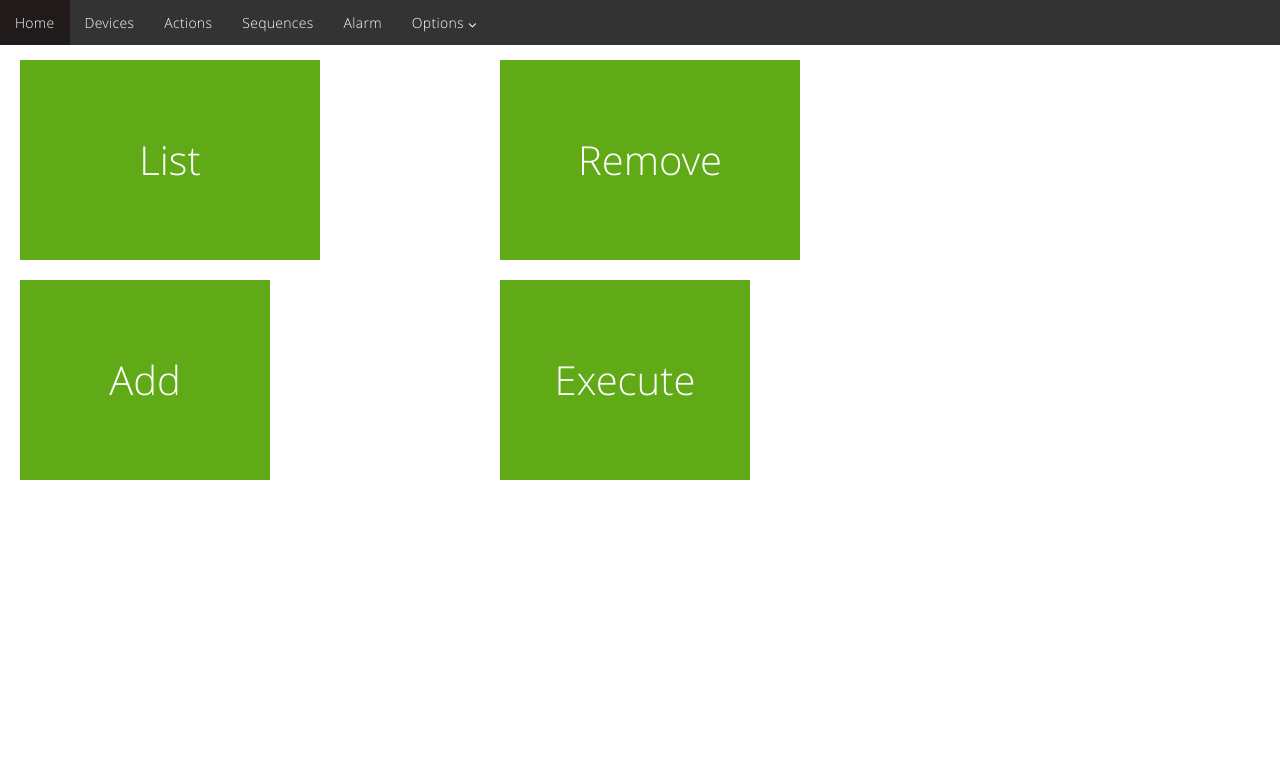
Repository: Pietvergiet/RPiProject
Page: http://localhost/RPi/Action
The author's editor kept a copy of each file at every save. The page is drawn from the files as they stood at one save, then again after the next save.
The browser window is 1280 px wide. The pictures show the whole page.
The page is served by Tomcat 9.

Above is the page before, as saved 2014-10-27 13:25:59.

After the next save:
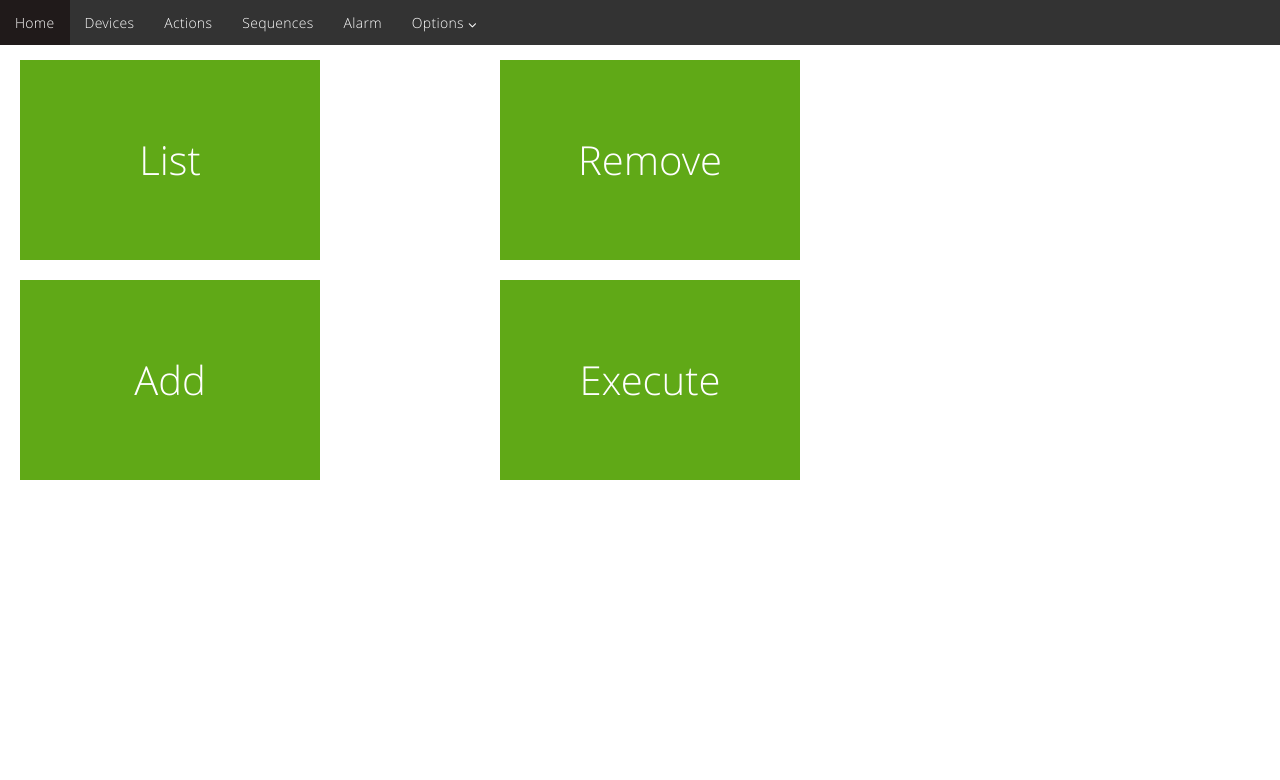
Saved 17 s later.
--- a/RPi/src/main/webapp/Action.jsp
+++ b/RPi/src/main/webapp/Action.jsp
@@ -46,8 +46,8 @@
 				<div class="span6"><input name="button" class="bg-green bg-hover-lime fg-white" type="submit" value="Remove" style="font-size:40px; height:200px; width:300px;"></div>
 			</div>
 			<div class="row">
-				<div class="span6"><input name="button" class="bg-green bg-hover-lime fg-white" type="submit" value="Add" style="font-size:40px; height:200px; width:250px;"></div>
-				<div class="span6"><input name="button" class="bg-green bg-hover-lime fg-white" type="submit" value="Execute" style="font-size:40px; height:200px; width:250px;"></div>
+				<div class="span6"><input name="button" class="bg-green bg-hover-lime fg-white" type="submit" value="Add" style="font-size:40px; height:200px; width:300px;"></div>
+				<div class="span6"><input name="button" class="bg-green bg-hover-lime fg-white" type="submit" value="Execute" style="font-size:40px; height:200px; width:300px;"></div>
 			</div>
 		</form>
 
